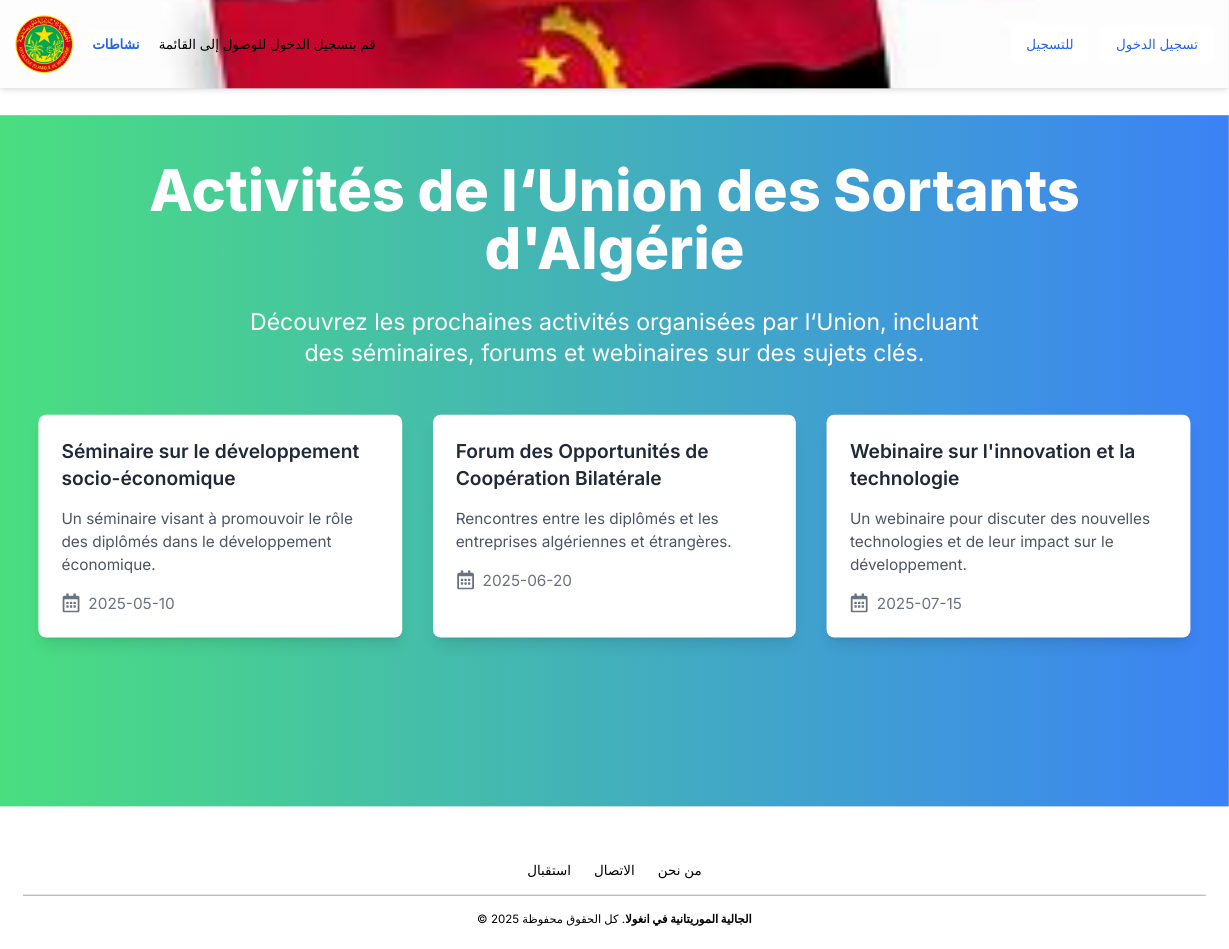
Repository: lamatmed/cmra
Page: /activites
These files come from the project's save history. The page is drawn as it stood at one moment and after the next save; the edit follows.
The browser window is 1280 px wide. The pictures show the whole page, at 96% of full size.
The project was rebuilt for these pictures with package versions that can differ from the ones it lists, and the page was loaded fresh each time. The framework's server and built-in components were replaced by stand-ins that run in the browser. Also part of the build but not shown: next.config.js, components/ui/dropdown-menu.tsx.

Above is the page before, as saved 2025-04-12 19:47:46.

After the next save:
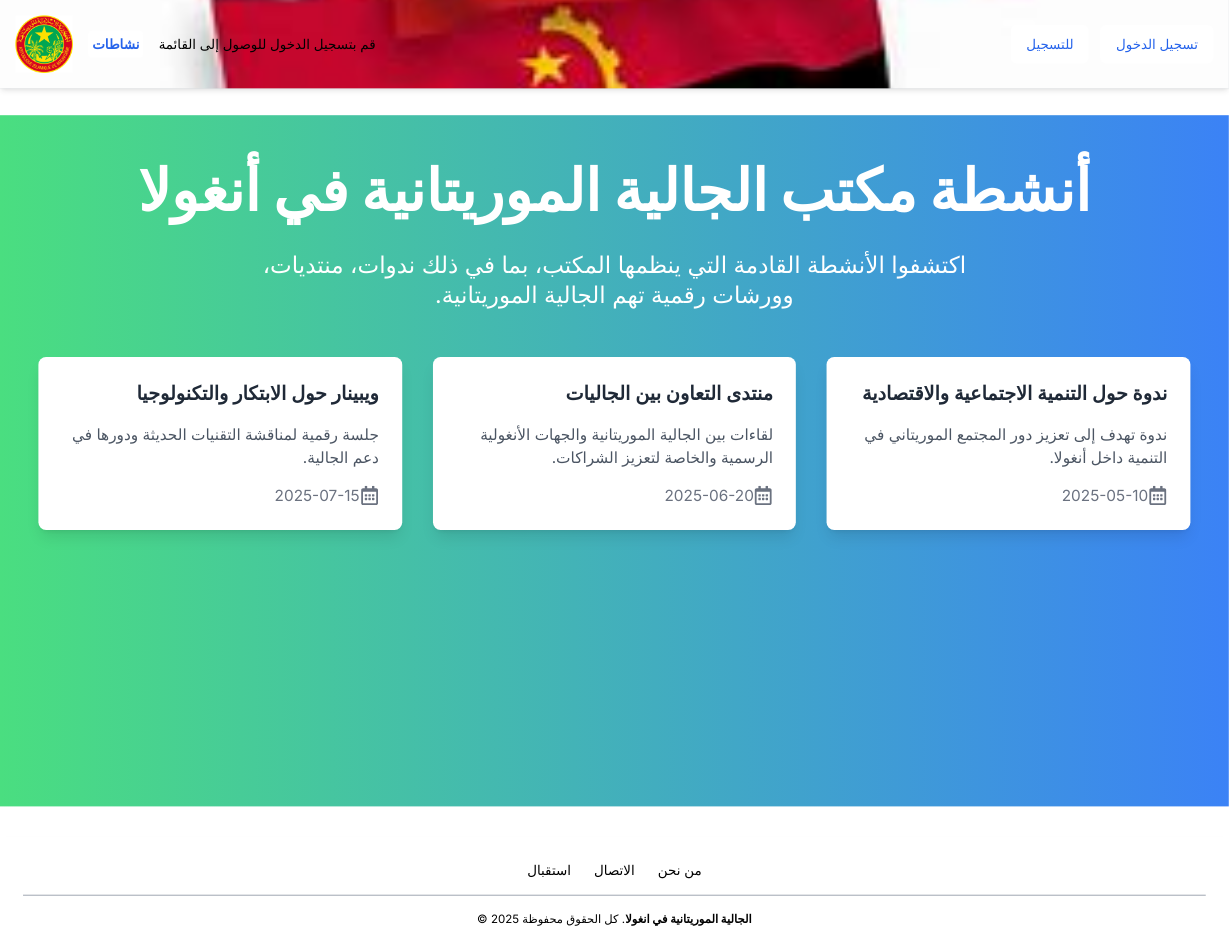
Saved 12 min 24 s later.
--- a/app/activites/page.tsx
+++ b/app/activites/page.tsx
@@ -7,33 +7,36 @@
   const activities = [
     {
       id: 1,
-      title: "Séminaire sur le développement socio-économique",
-      description: "Un séminaire visant à promouvoir le rôle des diplômés dans le développement économique.",
+      title: "ندوة حول التنمية الاجتماعية والاقتصادية",
+      description: "ندوة تهدف إلى تعزيز دور المجتمع الموريتاني في التنمية داخل أنغولا.",
       date: "2025-05-10",
     },
     {
       id: 2,
-      title: "Forum des Opportunités de Coopération Bilatérale",
-      description: "Rencontres entre les diplômés et les entreprises algériennes et étrangères.",
+      title: "منتدى التعاون بين الجاليات",
+      description: "لقاءات بين الجالية الموريتانية والجهات الأنغولية الرسمية والخاصة لتعزيز الشراكات.",
       date: "2025-06-20",
     },
     {
       id: 3,
-      title: "Webinaire sur l'innovation et la technologie",
-      description: "Un webinaire pour discuter des nouvelles technologies et de leur impact sur le développement.",
+      title: "ويبينار حول الابتكار والتكنولوجيا",
+      description: "جلسة رقمية لمناقشة التقنيات الحديثة ودورها في دعم الجالية.",
       date: "2025-07-15",
     },
   ];
 
   return (
-    <section className="w-full min-h-screen bg-gradient-to-r from-green-400 to-blue-500 text-white px-8 md:px-10 py-12">
+    <section
+      className="w-full min-h-screen bg-gradient-to-r from-green-400 to-blue-500 text-white px-8 md:px-10 py-12"
+      dir="rtl"
+    >
       <motion.h1
         className="text-3xl md:text-5xl lg:text-6xl font-extrabold text-center mb-8"
         initial={{ opacity: 0, y: -50 }}
         animate={{ opacity: 1, y: 0 }}
         transition={{ duration: 0.8 }}
       >
-        Activités de l&lsquo;Union des Sortants d&apos;Algérie
+        أنشطة مكتب الجالية الموريتانية في أنغولا
       </motion.h1>
 
       <motion.p
@@ -42,7 +45,7 @@
         animate={{ opacity: 1, y: 0 }}
         transition={{ delay: 0.3, duration: 0.8 }}
       >
-        Découvrez les prochaines activités organisées par l&lsquo;Union, incluant des séminaires, forums et webinaires sur des sujets clés.
+        اكتشفوا الأنشطة القادمة التي ينظمها المكتب، بما في ذلك ندوات، منتديات، وورشات رقمية تهم الجالية الموريتانية.
       </motion.p>
 
       <div className="grid gap-8 sm:grid-cols-1 md:grid-cols-2 lg:grid-cols-3">
